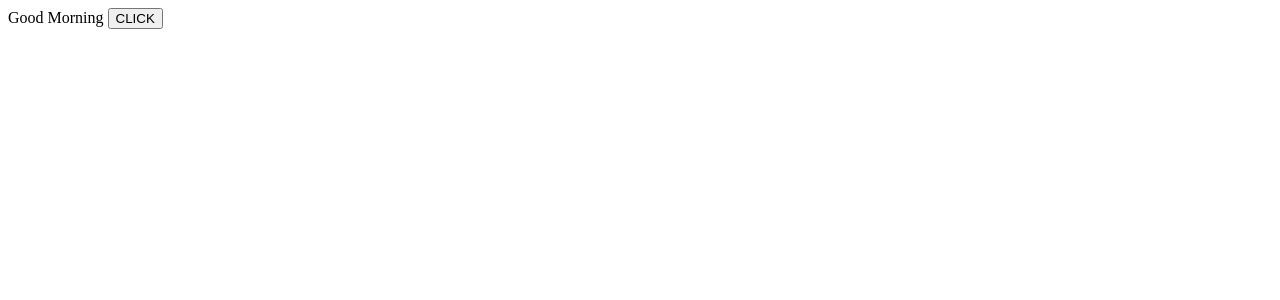
Repository: seonyeob94/BasicReact
Page: HELLO_HTML/js01.html
These files come from the project's save history. The page is drawn as it stood at one moment and after the next save; the edit follows.
The browser window is 1280 px wide. The pictures show the whole page.
After loading, the first visible `button` was clicked once.

Above is the page before, as saved 2025-05-12 07:41:46.

### HELLO_HTML/js01.html
<!DOCTYPE html>
<html>
<head>
<meta charset="UTF-8">
<title>Insert title here</title>
<script type="text/javascript">
 	function change(){
 		document.getElementById=("myspan").innerHTML="Good Evening";
 	}
</script>
</head>
<body>
	<span id="myspan">Good Morning</span>
	<button onclick="change()">CLICK</button>
</body>
</html>

After the next save:
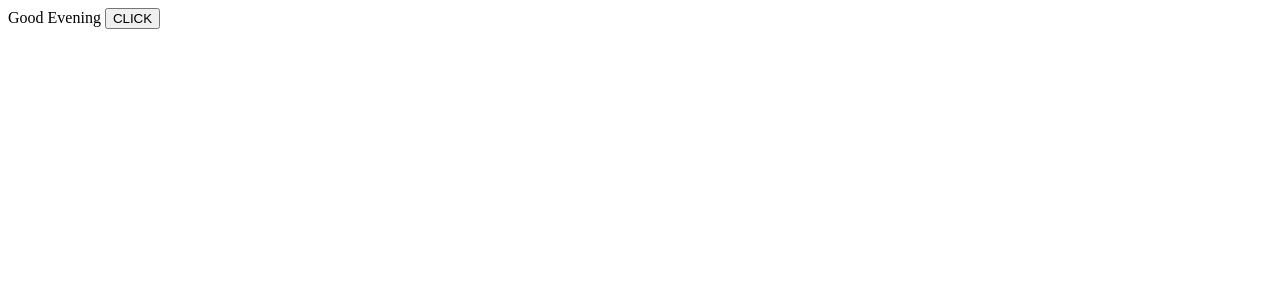
Saved 73 s later.
--- a/HELLO_HTML/js01.html
+++ b/HELLO_HTML/js01.html
@@ -5,7 +5,7 @@
 <title>Insert title here</title>
 <script type="text/javascript">
  	function change(){
- 		document.getElementById=("myspan").innerHTML="Good Evening";
+ 		document.getElementById("myspan").innerHTML="Good Evening";
  	}
 </script>
 </head>
